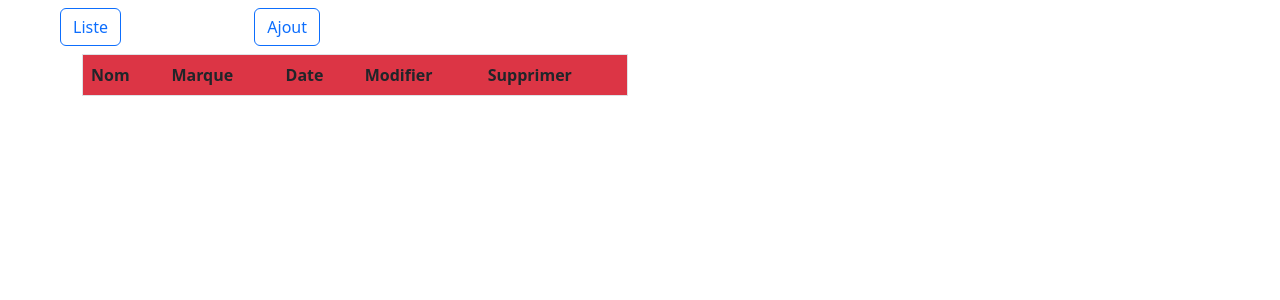
Repository: raharimanantenadiary/angular-app
Page: /liste
These files come from the project's save history. The page is drawn as it stood at one moment and after the next save; the edit follows.
The browser window is 1280 px wide. The pictures show the whole page.
The page's requests for data from a server got no answer. The project was rebuilt for these pictures with package versions that can differ from the ones it lists, and the page was loaded fresh each time. No one was signed in, and anything a server would have sent is missing. Also part of the build but not shown: angular.json.

Above is the page before, as saved 2023-01-15 22:52:16.

After the next save:
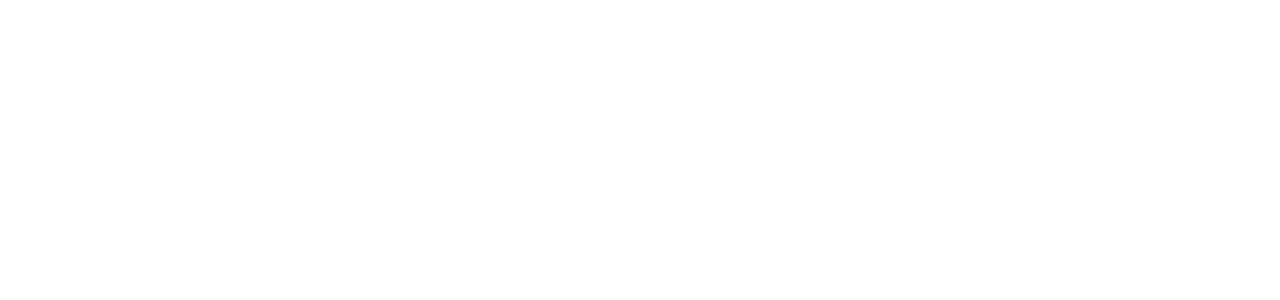
Saved 83 s later.
--- a/src/app/employe/liste/liste.component.html
+++ b/src/app/employe/liste/liste.component.html
@@ -12,7 +12,7 @@
 						</tr>
 					</thead>
 					<tbody>
-						<tr *ngFor="let item of emplist">
+						<tr *ngIf="emplist.length > 0" *ngFor="let item of emplist">
 							<td>{{item.nom}}</td>
 							<td>{{item.description}}</td>
 							<td>{{item.date|date}}</td>

After the save that followed:
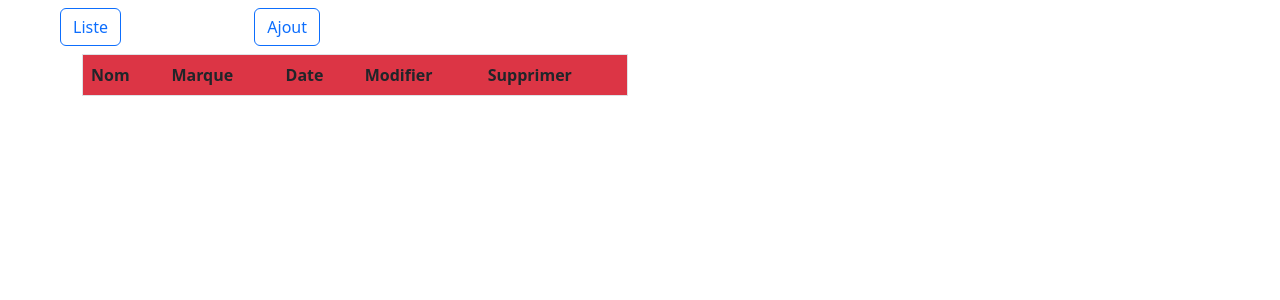
Saved 21 s later.
--- a/src/app/employe/liste/liste.component.html
+++ b/src/app/employe/liste/liste.component.html
@@ -12,7 +12,7 @@
 						</tr>
 					</thead>
 					<tbody>
-						<tr *ngIf="emplist.length > 0" *ngFor="let item of emplist">
+						<tr ngIf="emplist.length > 0" *ngFor="let item of emplist">
 							<td>{{item.nom}}</td>
 							<td>{{item.description}}</td>
 							<td>{{item.date|date}}</td>
